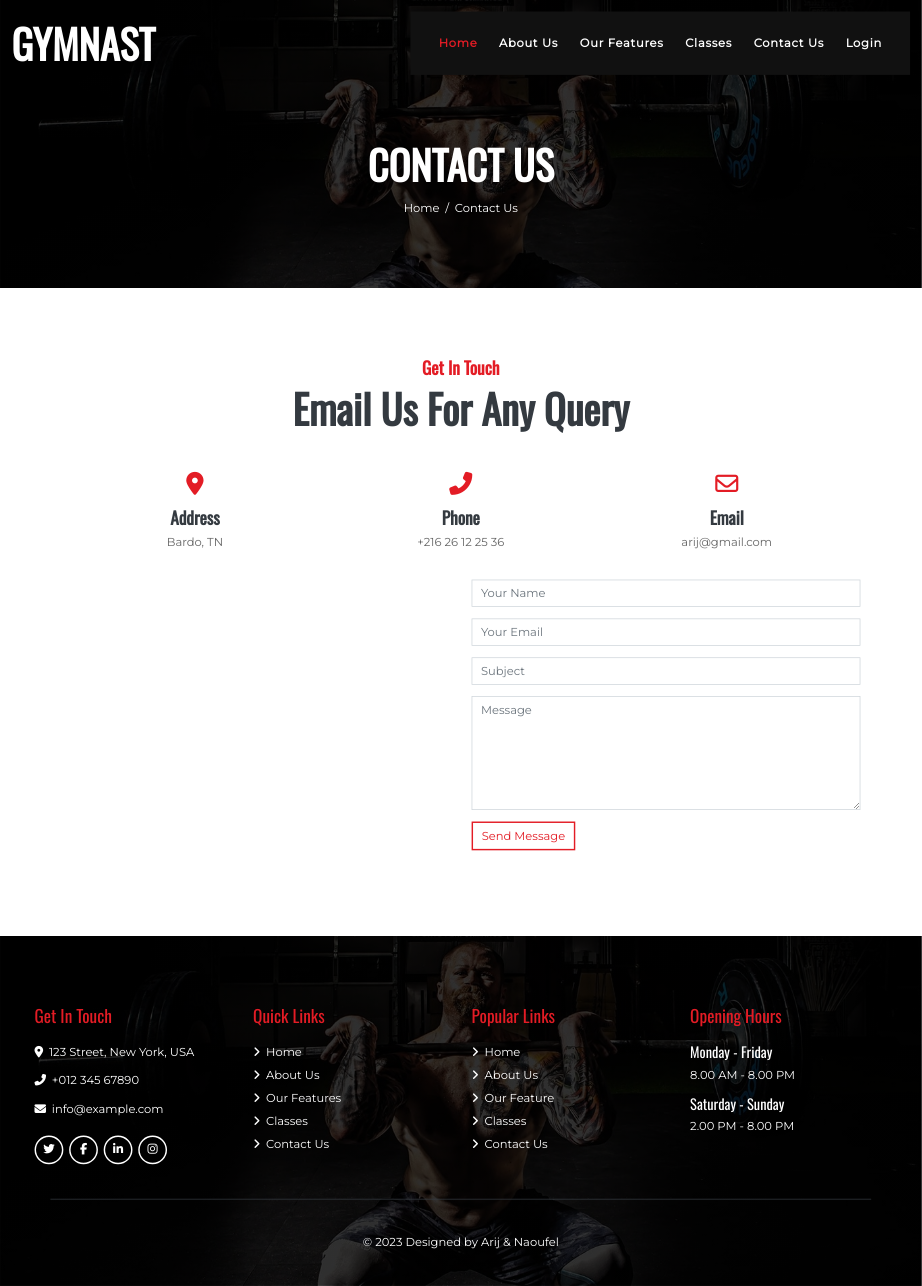
Repository: Arouja/frontgym
Page: /contact
These files come from the project's save history. The page is drawn as it stood at one moment and after the next save; the edit follows.
The browser window is 1280 px wide. The pictures show the whole page, at 72% of full size.
Pictures or frames that could not be fetched are drawn as grey boxes. Some web libraries are served in a nearby version. The project was rebuilt for these pictures with package versions that can differ from the ones it lists, and the page was loaded fresh each time. Also part of the build but not shown: src/App.css, src/Components/about/About.jsx, src/Components/classes/Classes.jsx, src/Components/home/Home.jsx, src/Components/feature/Feature.jsx, src/actions/authActions.js, src/Components/login/Login.jsx, src/Components/profile/profile.jsx and 4 more.

Above is the page before, as saved 2023-09-29 13:03:51.

After the next save:
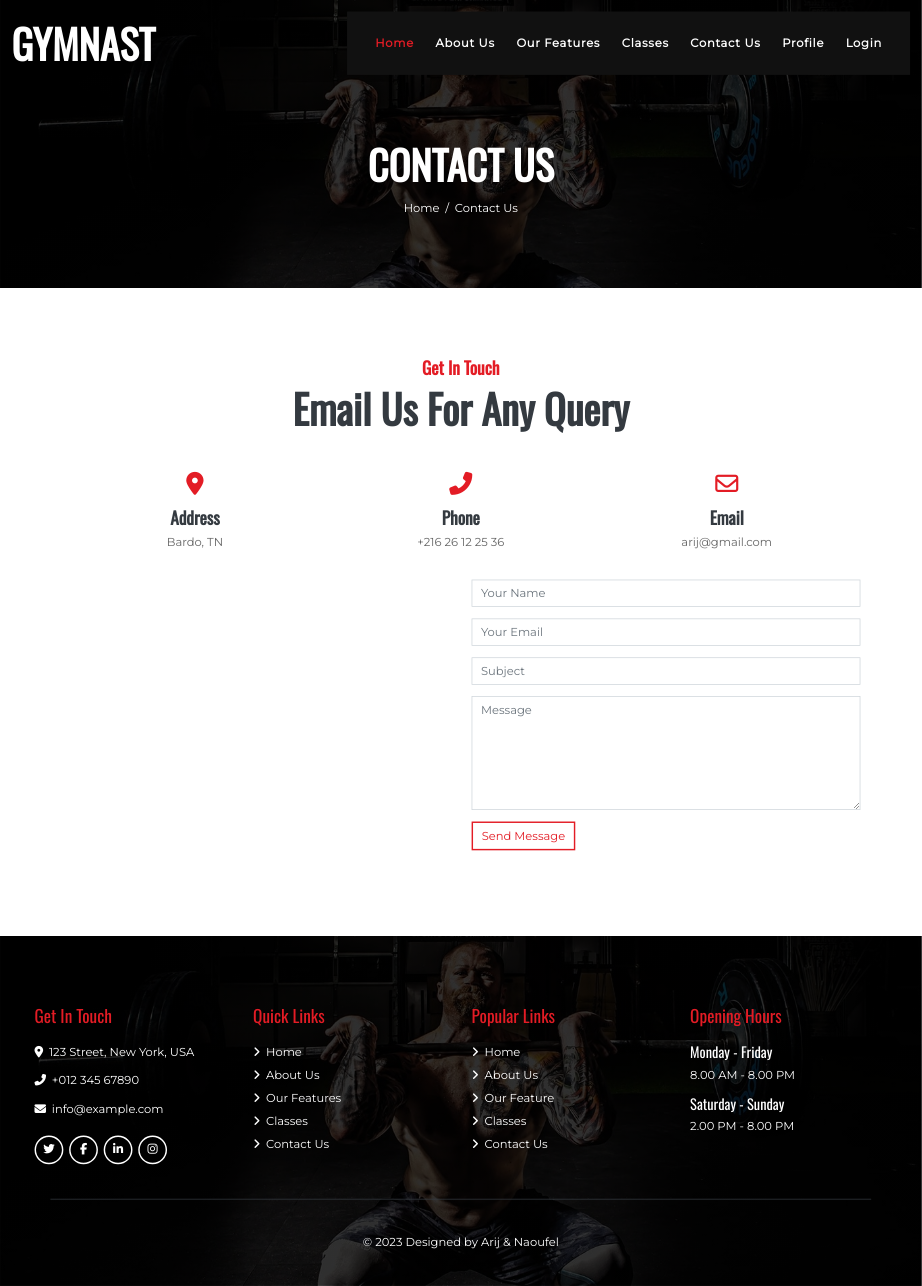
Saved 2 h 27 min later.
--- a/src/Components/navbar/Navbar.jsx
+++ b/src/Components/navbar/Navbar.jsx
@@ -77,6 +77,7 @@ const Navbar=() => {
            Contact
          </a> */}
          <Link className="nav-item nav-link" to="/contact">Contact Us</Link>
+         <Link className="nav-item nav-link" to="/profile">Profile</Link>
          <Link className="nav-item nav-link" to="/login">Login</Link>
        </div>
      </div>
